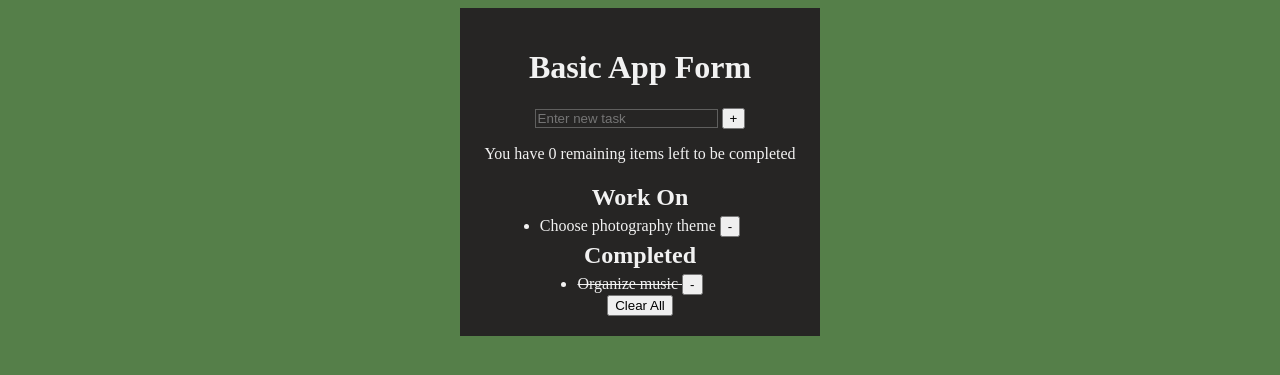
Repository: Kayla-amr/dgm_3760
Page: todoTemplate-W2/index.html
The author's editor kept a copy of each file at every save. The page is drawn from the files as they stood at one save, then again after the next save.
The browser window is 1280 px wide. The pictures show the whole page.

Above is the page before, as saved 2022-11-08 13:08:57.

After the next save:
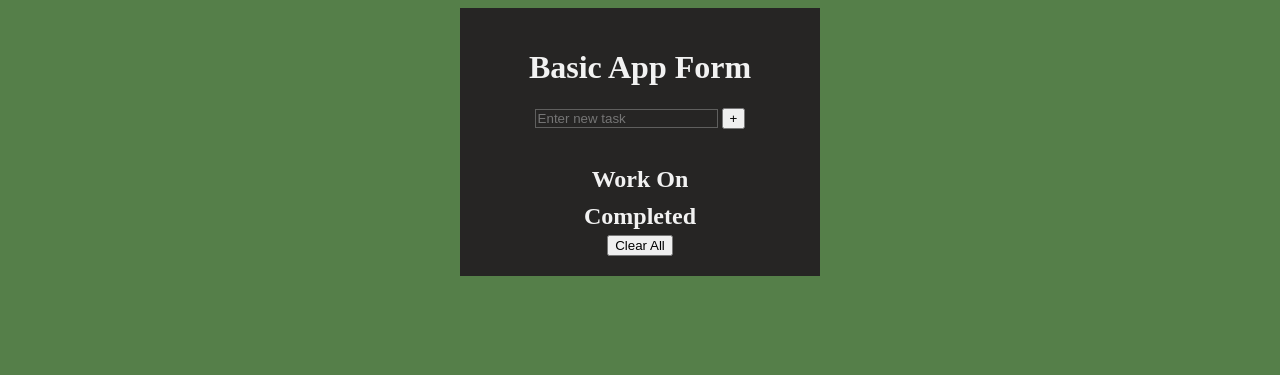
Console error: TypeError: Cannot read properties of undefined (reading 'length')
Saved 4 s later.
--- a/todoTemplate-W2/index.js
+++ b/todoTemplate-W2/index.js
@@ -92,7 +92,7 @@
 }
 
 function remaining() {
-	remainingTasks.textContent = `You have ${todoTaskUl.getElementsByTagName('').length} remaining items left to be completed`;
+	remainingTasks.textContent = `You have ${todoTaskUl.todoIdx.length} remaining items left to be completed`;
 }
 
 remaining();

After the save that followed:
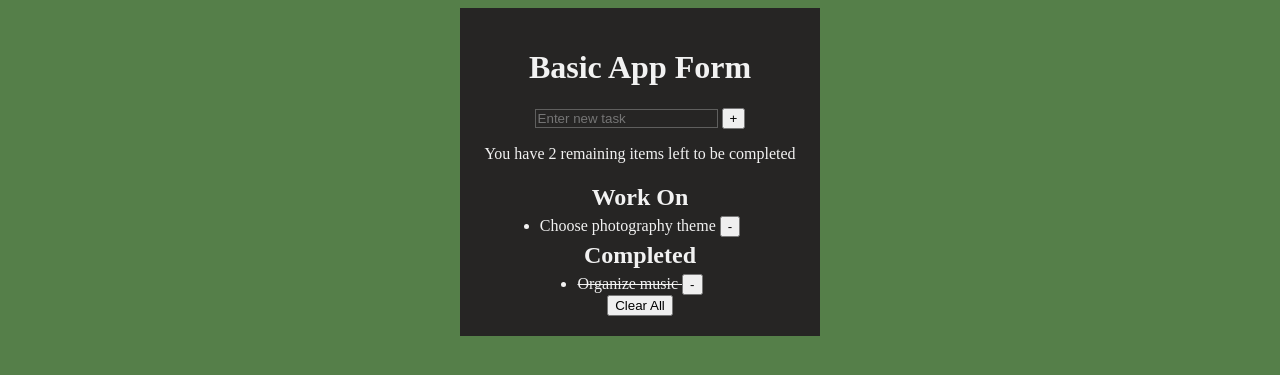
The error is gone.
Saved 7 s later.
--- a/todoTemplate-W2/index.js
+++ b/todoTemplate-W2/index.js
@@ -92,7 +92,7 @@
 }
 
 function remaining() {
-	remainingTasks.textContent = `You have ${todoTaskUl.todoIdx.length} remaining items left to be completed`;
+	remainingTasks.textContent = `You have ${todoTaskUl.tagName.length} remaining items left to be completed`;
 }
 
 remaining();
